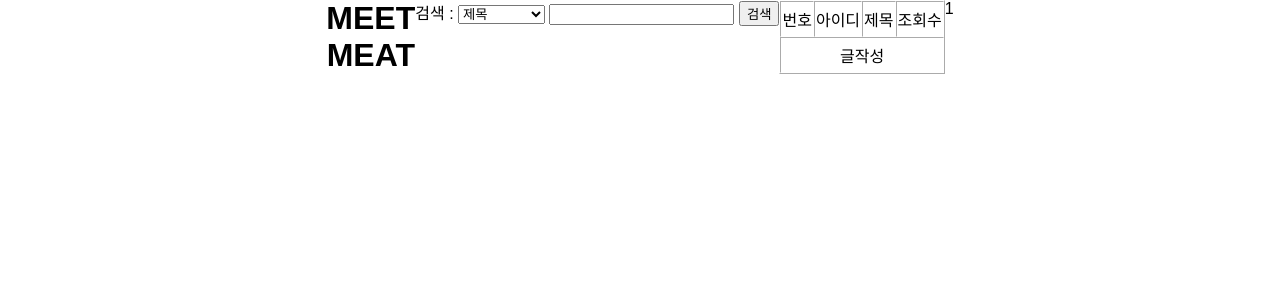
Repository: KOOBONMOO/koo
Page: http://localhost/portfolio/board/list.jsp
These files come from the project's save history. The page is drawn as it stood at one moment and after the next save; the edit follows.
The browser window is 1280 px wide. The pictures show the whole page.
Some web fonts or font styles are not loaded; a fallback is used. The page is served by Tomcat 9. The template is opened directly, without the code that normally fills it, so the values that code supplies are empty.

Above is the page before, as saved 2020-11-17 02:46:53.

After the next save:
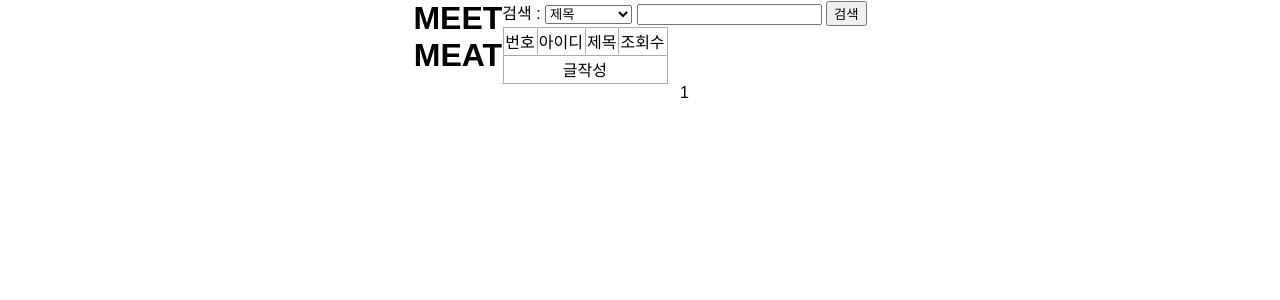
Saved 35 s later.
--- a/portfolio/WebContent/board/list.jsp
+++ b/portfolio/WebContent/board/list.jsp
@@ -16,6 +16,7 @@
 	<a href="../main/main.jsp">
 		<h1>MEET<br>MEAT</h1>
 	</a>
+	<div class="con">
 	<form method = "post" action="search.do">
 		검색 :
 			<select name="kindOfSearch">
@@ -60,5 +61,6 @@
 			<a href="list.do?curPage=${i}">${i+1}</a>
 		</c:if>
 	</c:forEach>
+	</div>
 </body>
 </html>
